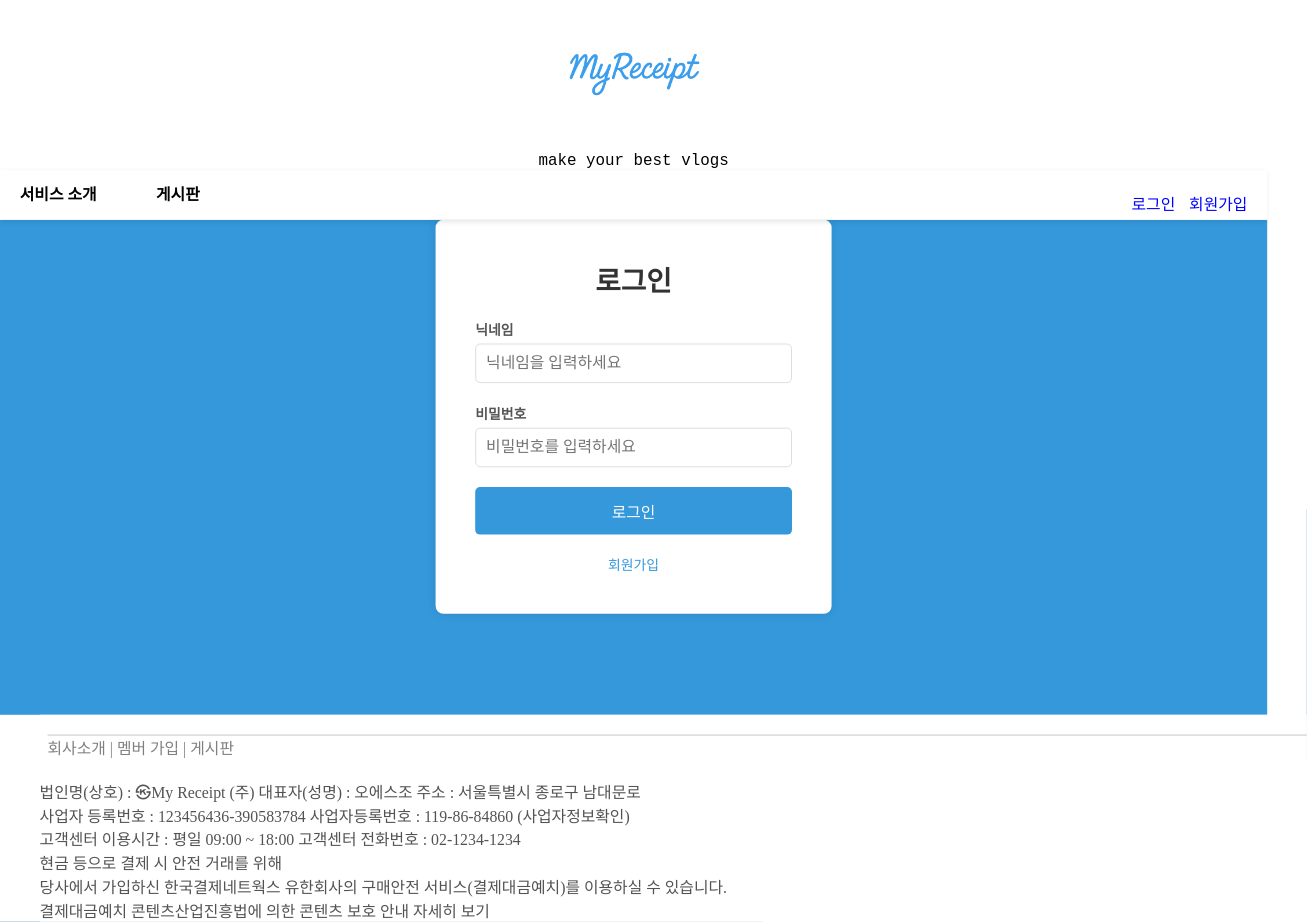
Repository: shong69/mini-project
Page: http://localhost/myReceipt2/login
An editor plug-in stored every save of this project. The page is shown before and after the next save, followed by the edit.
The browser window is 1280 px wide. The page is 1320 px wide, so the pictures cover 1320 px, including what lies to the right of the window. The pictures show the whole page, at 99% of full size.
Some web fonts or font styles are not loaded; a fallback is used. The page is served by Tomcat 10.

Above is the page before, as saved 2025-05-06 19:00:18.

After the next save:
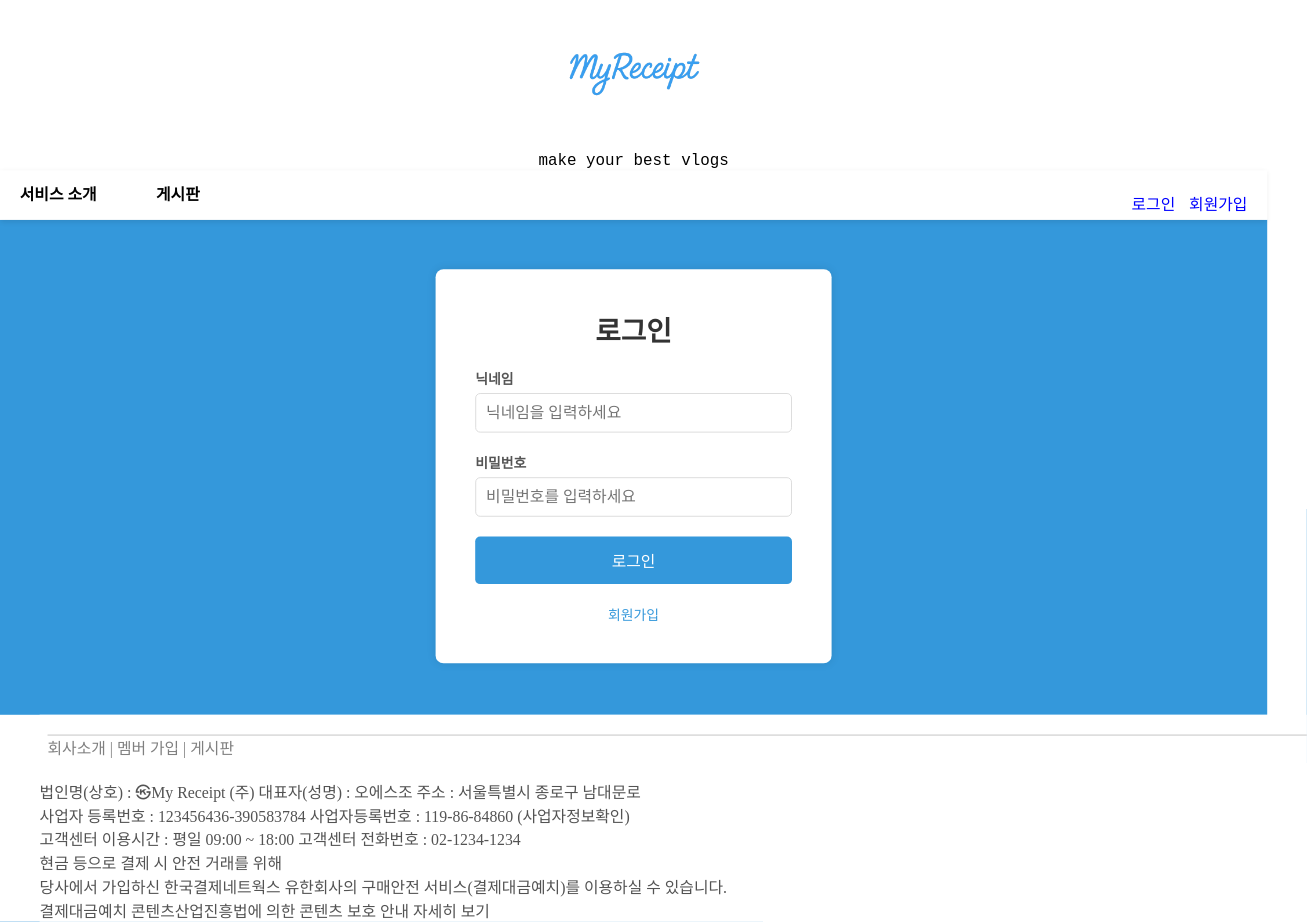
Saved 25 s later.
--- a/jspProject/myReceipt2/src/main/webapp/WEB-INF/views/login.jsp
+++ b/jspProject/myReceipt2/src/main/webapp/WEB-INF/views/login.jsp
@@ -10,6 +10,7 @@
 
 .login-form {
     background-color: #fff;
+    margin:50px;
     padding: 40px;
     width: 100%;
     max-width: 400px;
